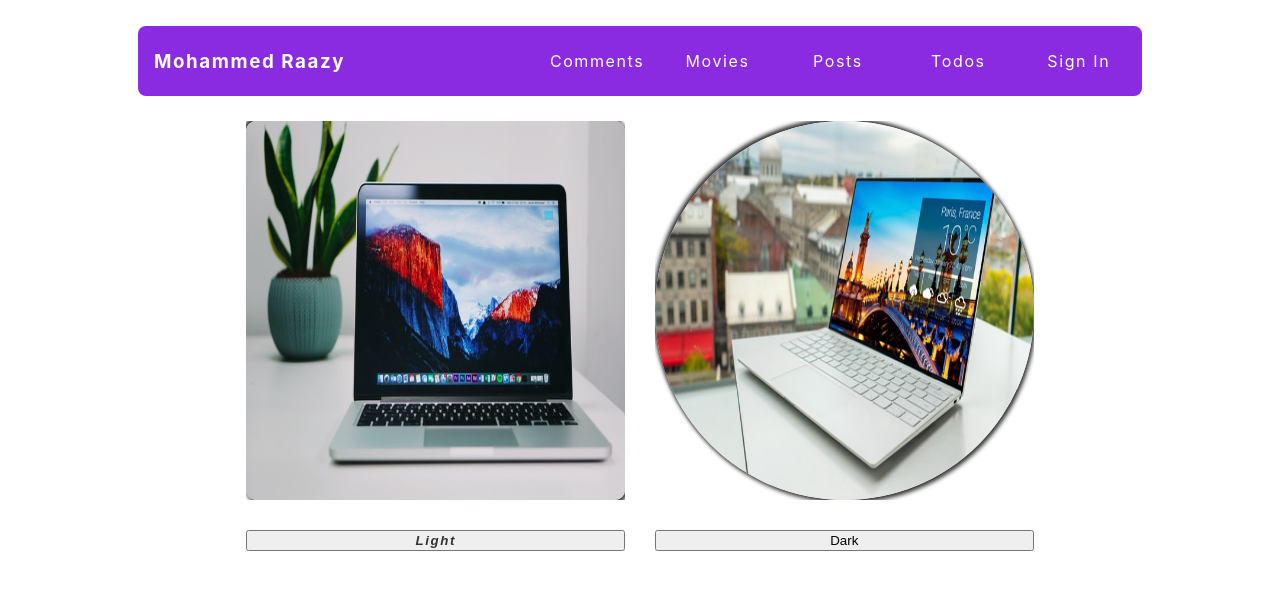
Repository: raazymuhd1/learn-nextjs
Page: /sass
These files come from the project's save history. The page is drawn as it stood at one moment and after the next save; the edit follows.
The browser window is 1280 px wide. The pictures show the whole page.
The page's requests for data from a server got no answer. The project was rebuilt for these pictures with package versions that can differ from the ones it lists, and the page was loaded fresh each time. The framework's server and built-in components were replaced by stand-ins that run in the browser. No one was signed in, and anything a server would have sent is missing.

Above is the page before, as saved 2021-09-04 20:40:28.

### pages/_app.js
import Layout from '../components/Layout'
import '../styles/globals.css'
import { createStore } from "redux"
import { Provider } from "react-redux"

import Themes from "../globalStyle/theme"

import  allReducers from "../reducers"

const store = createStore(allReducers)

function MyApp({ Component, pageProps }) {
  return (
    <Provider store={store}>
          <Themes>
             <Layout>
                <Component {...pageProps} />
            </Layout>
          </Themes>
    </Provider>
  )

}

export default MyApp

### pages/sass/index.js
import React from 'react'
import styles from "../../styles/sass.module.scss"
import Image from "next/image"
import { lp1, lp2} from "../../public"

const Sass = () => {
    return (
        <div className={styles.container}>
             <Image
             className={styles.square}
             src={lp1} width={400}
             height={400} placeholder="blur" />
             <Image
              className={styles.circle}
              src={lp2} width={400}
              height={400} placeholder="blur" />

             {/* lightMode btn */}
             <button className={styles.light}> Light </button>
             <button className={styles.dark}> Dark </button>
        </div>
    )
}

export default Sass

### components/Layout/index.js
import React, { useEffect } from 'react'
import Head from 'next/head'
import { Container, Main } from '../global'
import Navbar from '../Navbar'

const Layout = ({ children }) => {

    return (
        <Container>
            <Navbar />
            <Head>
                <meta name="description" content="nextjs app" />
                <title> Big Next Project </title>
            </Head>

            <Main>
                { children }
            </Main>
        </Container>
    )
}

export default Layout

### globalStyle/theme.js
import { ThemeProvider } from "styled-components"

import theme from "./defualtThemes"

const Theme = ({ children }) => {
    return (
        <ThemeProvider theme={theme}>
             { children }
        </ThemeProvider>
    )
}

export default Theme

### reducers/index.js
import { combineReducers } from "redux"
import { movies } from './movies'

const allReducers =  combineReducers({
       movies,
})

export default allReducers;

### styles/sass.module.scss
@mixin images($circle: false) {
    border-radius: 10px;
    box-shadow: 2px 3px 4px #333, -2px -3px 4px #333 ;
    outline: none;

    @if $circle {
        border-radius: 50%;
    }
}

@mixin bgMode( $dark: false ) {
       @if $dark {
           background: #000;
       } @else {
           background: #fff;
       }
}

.container {
    width: 80%;
    margin: 20px auto;
    display: grid;
    grid-template-columns: repeat(2, 1fr);
    gap: 30px;

    .square {
        @include images($circle: false)
    }

    .circle {
        @include images($circle: true)
    }

    .light {
        color: #333;
        letter-spacing: 0.1rem;
        font-style: italic;
        font-weight: 600;
    }


}

### public/index.js
import lp1 from "./laptop1.jpg"
import lp2 from "./laptop2.jpg"
import wp1 from "./workspace6.jpg"
import wp2 from "./workspace setup.jpg"

export { lp1, lp2, wp1, wp2 }

### components/global/index.js
import styled from 'styled-components'

export const Container = styled.div`
    padding: 10px;
    width: 80%;
    margin: 1rem auto;
`
export const Main = styled.main`
    padding: 5px 10px;
`

### components/Navbar/index.js
import { LI, Nav, UL, HeadingThree } from "./styles";
import Link from "next/link"
import { useSession, signIn, signOut } from "next-auth/client"

const Navbar = () => {
     const [session, loading] = useSession()

    return (
        <Nav>
             <HeadingThree> Mohammed Raazy </HeadingThree>
             <UL>
                 <Link href="/comment">
                     <LI> Comments </LI>
                 </Link>
                 <Link href="/movies">
                     <LI> Movies </LI>
                 </Link>
                 <Link href="/posts">
                     <LI> Posts </LI>
                 </Link>
                 <Link href="/todo">
                     <LI> Todos </LI>
                 </Link>
                 { !session &&
                        <LI onClick={() => signIn()}> Sign In </LI>
                  }
                  { session && !loading &&
                        <LI onClick={() => signOut() } > Sign Out </LI>
                  }
             </UL>
        </Nav>
    )
}

export default Navbar;

### globalStyle/defualtThemes.js
const themes = {
    colors: {
        bg: "blueviolet",
        fnColor: "#333"
    },

    breakpoints: {
        sm: "screen and (max-width: 640px)",
        md: "screen and (max-width: 768px)",
        lg: "screen and (max-width: 1024px)",
        xl: "screen and (max-width: 1280px)"
    }
}

export default themes;

### reducers/movies.js
const initialState = [
    { id: 1, name: "Avengers", price: "3k" },
]

export const movies =  (state = initialState, action) => {
     switch(action.type) {
         case "addMovie":
               return [ ...state, { name: action.name, price: action.price } ]
        default:
            return state
     }
}

### components/Navbar/styles.js
import styled from "styled-components"

export const Nav = styled.nav`
    padding: 5px 1rem;
    display: flex;
    align-items: center;
    justify-content: space-between;
    background:${({theme}) => theme.colors.bg } ;
    color: #fff;
    border-radius: 8px;
    letter-spacing: 0.1rem;

    @media ${({theme}) => theme.breakpoints.sm } {
         flex-direction: column;
         justify-content: center;
    }

`

export const HeadingThree = styled.h3`
    letter-spacing: 0.1rem;
`

export const UL = styled.div`
   display: grid;
   grid-template-columns: repeat(5, 1fr);
   justify-items: center;
   gap: 10px;
   cursor: pointer;

${'' /* small size */}
   @media ${({theme}) => theme.breakpoints.sm } {
       display: grid;
       grid-template-columns: repeat(3, 1fr);
       justify-items: center;
   }

   ${'' /* medium size */}
   @media ${({theme}) => theme.breakpoints.md} {
       margin-left: 1rem;
       grid-template-columns: repeat(3, 1fr);
   }
`

export const LI = styled.li`
    list-style: none;
    margin-left: 1rem;
`

Loaded but not shown: pages/_document.js (common file); styles/globals.css (common file)

After the next save:
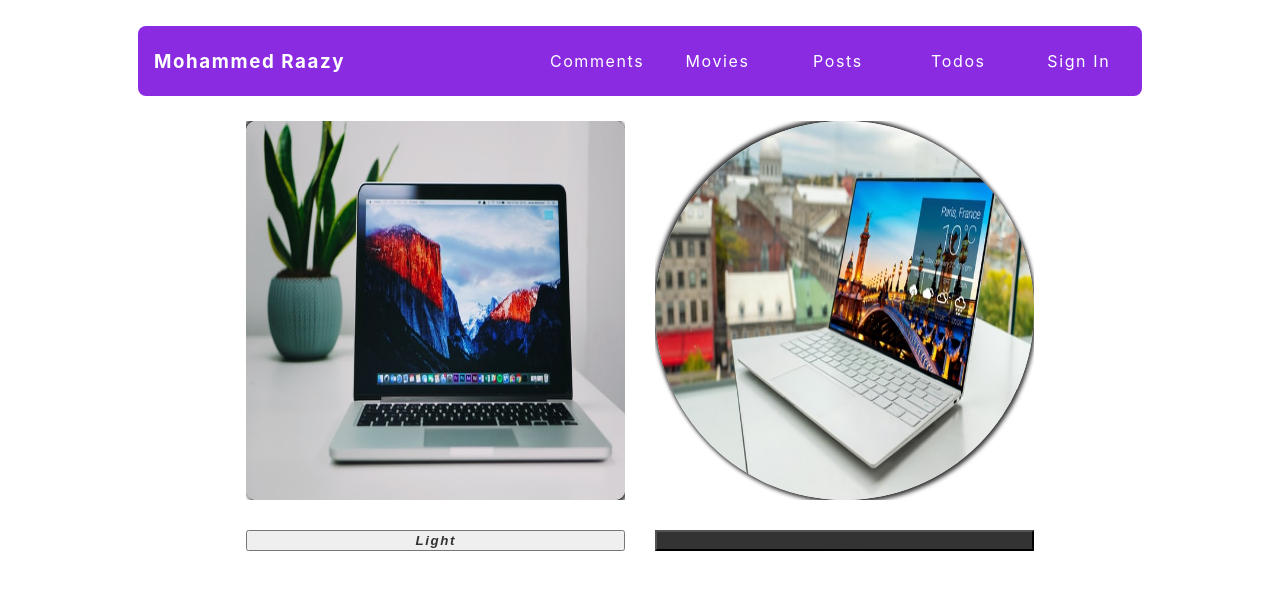
Saved 49 s later.
--- a/styles/sass.module.scss
+++ b/styles/sass.module.scss
@@ -38,5 +38,9 @@
         font-weight: 600;
     }
 
+    .dark {
+        @extend .light;
+        background: #333;
+    }
 
 }
